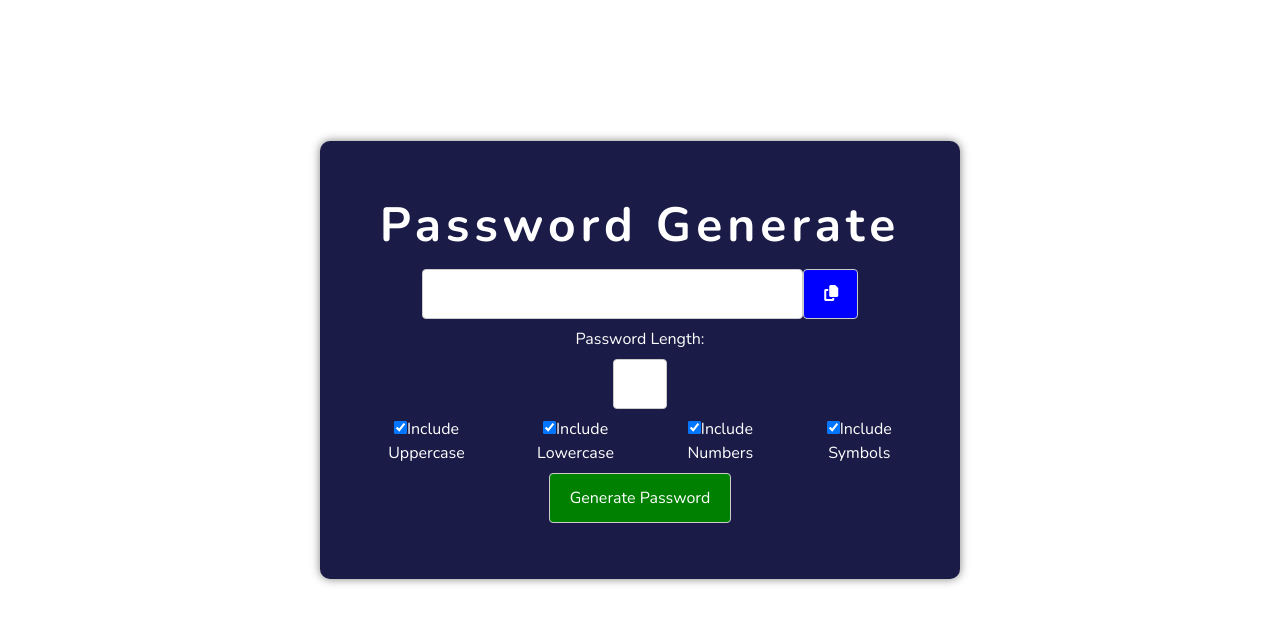
Repository: sriram1224/Password-generator
Page: / (app in password-generator/)
An editor plug-in stored every save of this project. The page is shown before and after the next save, followed by the edit.
The browser window is 1280 px wide. The pictures show the whole page.
Some web fonts or font styles are not loaded; a fallback is used. Some web libraries are served in a nearby version. The project was rebuilt for these pictures with package versions that can differ from the ones it lists, and the page was loaded fresh each time.

Above is the page before, as saved 2024-03-10 22:02:06.

After the next save:
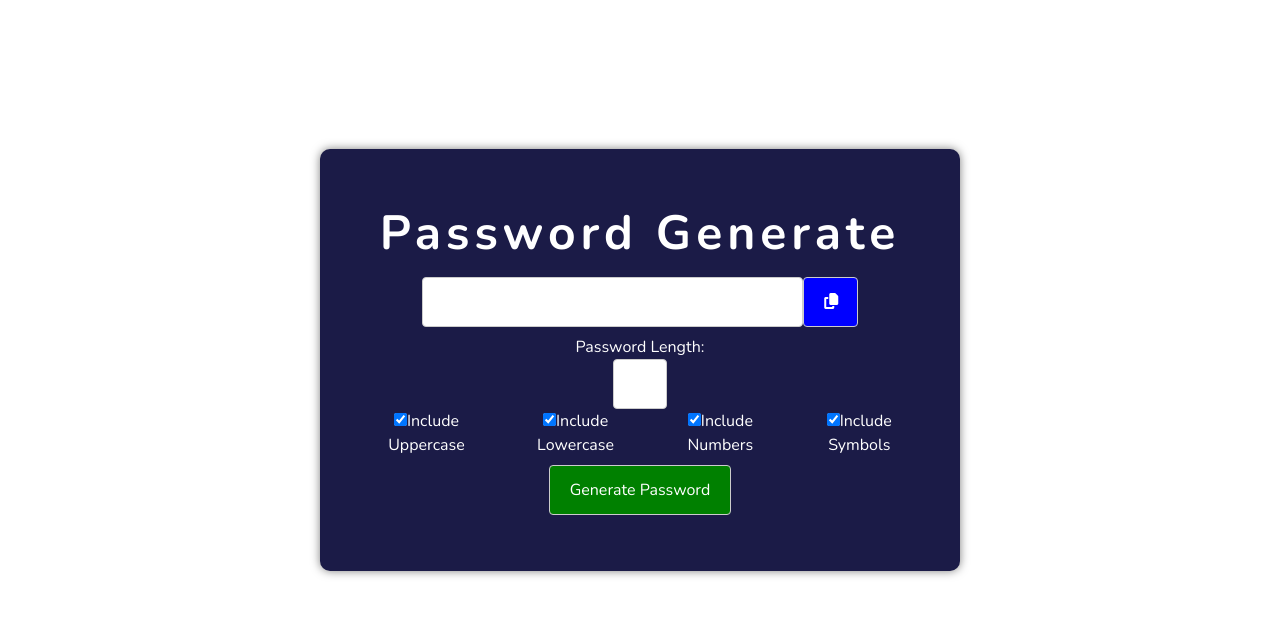
Saved 16 s later.
--- a/password-generator/src/Components/content.css
+++ b/password-generator/src/Components/content.css
@@ -44,7 +44,7 @@
 .input-numbers{
     width: 10%;
     padding: 12px 5px;
-    color: white;
+    color: black
     margin: 8px 0;
     display: inline-block;
     border: 1px solid #ccc;

After the save that followed:
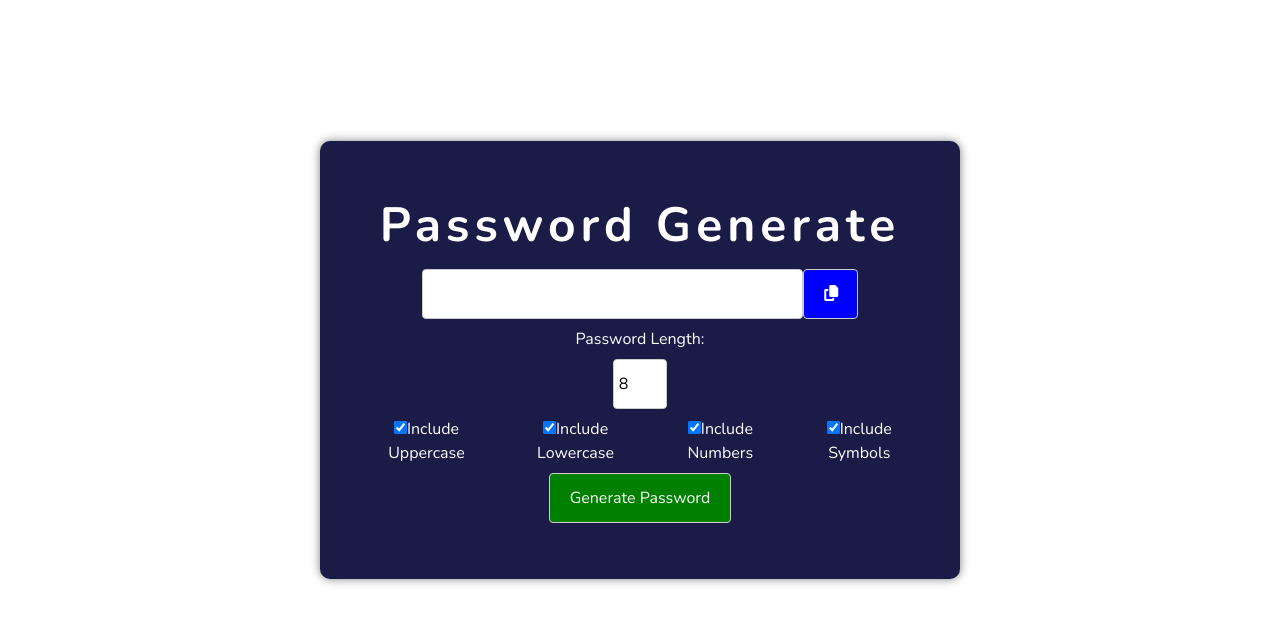
Saved 4 s later.
--- a/password-generator/src/Components/content.css
+++ b/password-generator/src/Components/content.css
@@ -44,7 +44,7 @@
 .input-numbers{
     width: 10%;
     padding: 12px 5px;
-    color: black
+    color: black;
     margin: 8px 0;
     display: inline-block;
     border: 1px solid #ccc;
